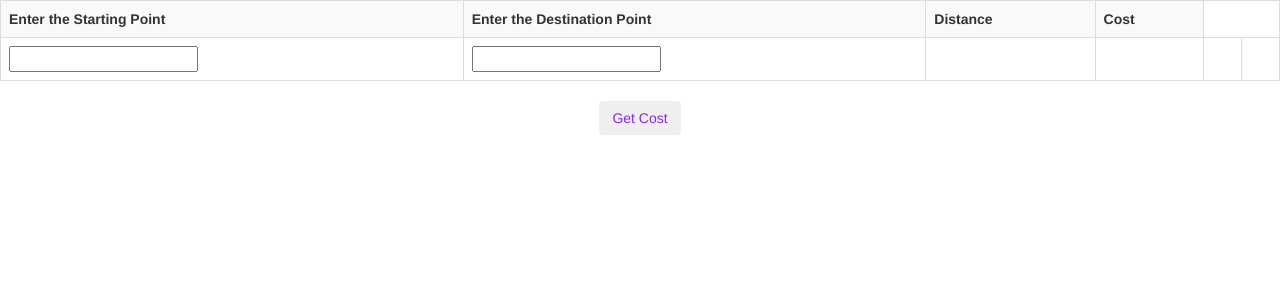
Repository: Gundeep-repos/407ETR_Assignment
Page: http://localhost/407ETR_Gundeep_Singh_assignment/
The author's editor kept a copy of each file at every save. The page is drawn from the files as they stood at one save, then again after the next save.
The browser window is 1280 px wide. The pictures show the whole page.
The page is served by Tomcat 9. Other server files are loaded and not shown.

Above is the page before, as saved 2021-07-04 18:15:32.

### 407ETR_Gundeep_Singh_assignment/WebContent/index.jsp
<%@ page language="java" contentType="text/html; charset=ISO-8859-1" pageEncoding="ISO-8859-1"%>
<!DOCTYPE html PUBLIC "-//W3C//DTD HTML 4.01 Transitional//EN" "http://www.w3.org/TR/html4/loose.dtd">
<html>
<head>

<link href="css/bootstrap.css" rel="stylesheet" type="text/css"/>
<script src="jquery-1.12.2.min.js" type="text/javascript"></script>
<script src="js/bootstrap.js" type="text/javascript"></script>

<meta http-equiv="Content-Type" content="text/html; charset=ISO-8859-1">
<title>407 ETR Systems</title>
<script>


function fetchCD(){


	var startingReference = document.getElementById("startingPoint").value;
	var destinationReference = document.getElementById("destinationPoint").value;
	var xhr = new XMLHttpRequest;


    xhr.open("GET", "./ServiceClass?start="+startingReference+"&end="+destinationReference, true);


    //for response receiving
    xhr.onreadystatechange = function ()
    {

    	if(xhr.readyState == 4 && xhr.status == 200){
    		var res = xhr.responseText.trim();

                console.log(res);

                var mainObj = JSON.parse(res);

                if(mainObj["status"] == "null"){
                	alert("Start Destination and End Destination should have some value");
                }else if(mainObj["status"] == "fail"){
                	alert("Incorrect Spellings for either Start/ End Destination");
                }else if(mainObj["status"] == "success"){
                	document.getElementById("distance").innerHTML=mainObj["tripDistance"]+" kms";
                    document.getElementById("cost").innerHTML=mainObj["costOfTrip"]+" CAD";
                }


    	}

    };

    	xhr.send("Sent dete");

}

</script>
</head>
<body>

<div style="center">
<table class="table table-bordered table-striped">
<tr>
<th>Enter the Starting Point</th>
<th>Enter the Destination Point</th>
<th>Distance</th>
<th>Cost</th>
</tr>
<tr>
<td><input type="text" id="startingPoint"/></td>
<td><input type="text" id="destinationPoint"/></td>
<td id = "distance"><td>
<td id = "cost"><td>
</tr>
</table>
</div>
<center><button style="color: blueviolet" class="btn btn-largs" onclick="fetchCD()">Get Cost</button></center>
</body>
</html>

Loaded but not shown: 407ETR_Gundeep_Singh_assignment/WebContent/css/bootstrap.css (library); 407ETR_Gundeep_Singh_assignment/WebContent/jquery-1.12.2.min.js (library); 407ETR_Gundeep_Singh_assignment/WebContent/js/bootstrap.js (library)

After the next save:
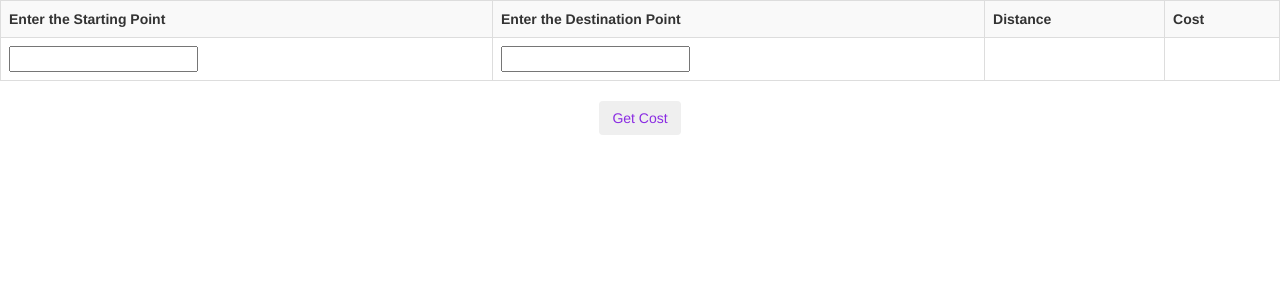
Saved 37 s later.
--- a/407ETR_Gundeep_Singh_assignment/WebContent/index.jsp
+++ b/407ETR_Gundeep_Singh_assignment/WebContent/index.jsp
@@ -67,8 +67,8 @@ function fetchCD(){
 <tr>
 <td><input type="text" id="startingPoint"/></td>
 <td><input type="text" id="destinationPoint"/></td>
-<td id = "distance"><td>
-<td id = "cost"><td>
+<td id = "distance"></td>
+<td id = "cost"></td>
 </tr>
 </table>
 </div>
